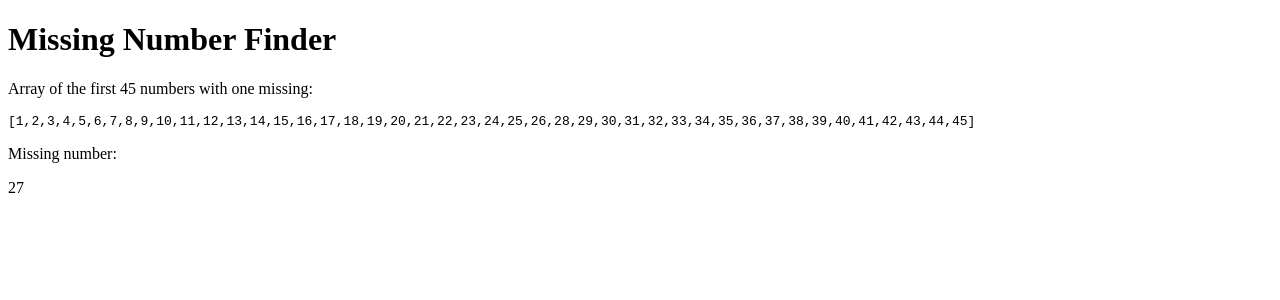
Repository: devblackie/missingNumberFinder
Page: index.html
An editor plug-in stored every save of this project. The page is shown before and after the next save, followed by the edit.
The browser window is 1280 px wide. The pictures show the whole page.

Above is the page before, as saved 2023-08-23 15:00:56.

### index.html
<!DOCTYPE html>
<html lang="en">
  <head>
    <meta charset="UTF-8" />
    <meta name="viewport" content="width=device-width, initial-scale=1.0" />
    <title>Missing Integer Finder</title>
  </head>
  <body>
    <h1>Missing Number Finder</h1>

    <p>Array of the first 45 numbers with one missing:</p>
    <pre id="numbers"></pre>

    <p>Missing number:</p>
    <p id="missingNumber"></p>
    <script src="index.js"></script>
  </body>
</html>

### index.js
function findMissingNumber(arr) {
    const n = 45; // Total number of integers
    const totalSum = (n * (n + 1)) / 2; // Sum of the first n integers
    const arraySum = arr.reduce((acc, num) => acc + num, 0); // Sum of elements in the array

    return totalSum - arraySum;
  }

  const numbers = [
    1, 2, 3, 4, 5, 6, 7, 8, 9, 10, 11, 12, 13, 14, 15, 16, 17, 18, 19, 20, 21, 22,
    23, 24, 25, 26, 28, 29, 30, 31, 32, 33, 34, 35, 36, 37, 38, 39, 40, 41,
    42, 43, 44, 45,
  ]; // Array of the first 45 numbers with one missing
  const missingNumber = findMissingNumber(numbers);

  document.getElementById("numbers").textContent = JSON.stringify(numbers);
  document.getElementById("missingNumber").textContent = missingNumber;

  console.log("Missing number:", missingNumber);

After the next save:
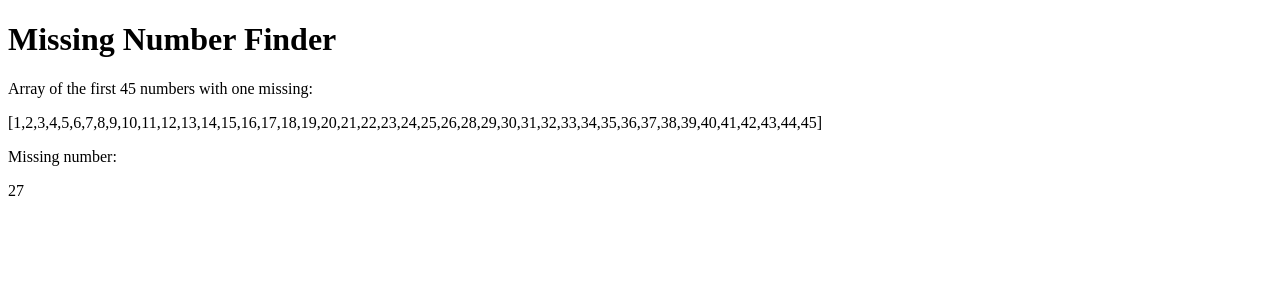
Saved 12 s later.
--- a/index.html
+++ b/index.html
@@ -9,7 +9,7 @@
     <h1>Missing Number Finder</h1>
 
     <p>Array of the first 45 numbers with one missing:</p>
-    <pre id="numbers"></pre>
+    <pr id="numbers"></pr>
 
     <p>Missing number:</p>
     <p id="missingNumber"></p>
